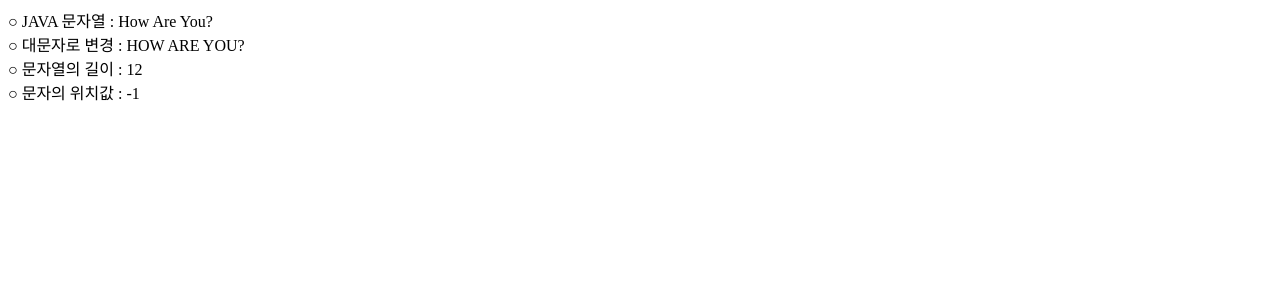
Repository: youngmoon525/Jsp_Servlet
Page: http://localhost/03.JSP/jsp40.jsp
An editor plug-in stored every save of this project. The page is shown before and after the next save, followed by the edit.
The browser window is 1280 px wide. The pictures show the whole page.
The page is served by Tomcat 9.

Above is the page before, as saved 2021-09-10 00:49:58.

After the next save:
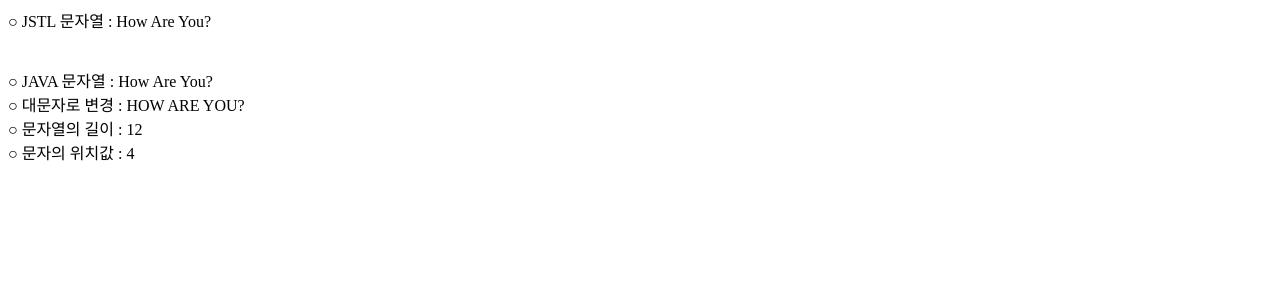
Saved 3 min 11 s later.
--- a/workspace/03.JSP/WebContent/jsp40.jsp
+++ b/workspace/03.JSP/WebContent/jsp40.jsp
@@ -1,4 +1,6 @@
 <%@ page language="java" contentType="text/html; charset=UTF-8"  pageEncoding="UTF-8"%>
+<%@ taglib prefix="c" uri="http://java.sun.com/jsp/jstl/core" %>
+<%@ taglib prefix="fn" uri="http://java.sun.com/jsp/jstl/functions" %>
 <!DOCTYPE html>
 <html>
 <head>
@@ -6,14 +8,16 @@
 <title>JSP40</title>
 </head>
 <body>
+<c:set var="str" value="   How   Are   You?   "/>
+○ JSTL 문자열 : ${str }<br/>
 
-
+<br/><br/>
 <%
 String string = "How Are You?";
 %>
 ○ JAVA 문자열 : <%=string %><br/>
 ○ 대문자로 변경 : <%=string.toUpperCase() %><br/>
 ○ 문자열의 길이 : <%=string.length() %><br/>
-○ 문자의 위치값 : <%=string.indexOf("B") %>
+○ 문자의 위치값 : <%=string.indexOf("A") %>
 </body>
 </html>
